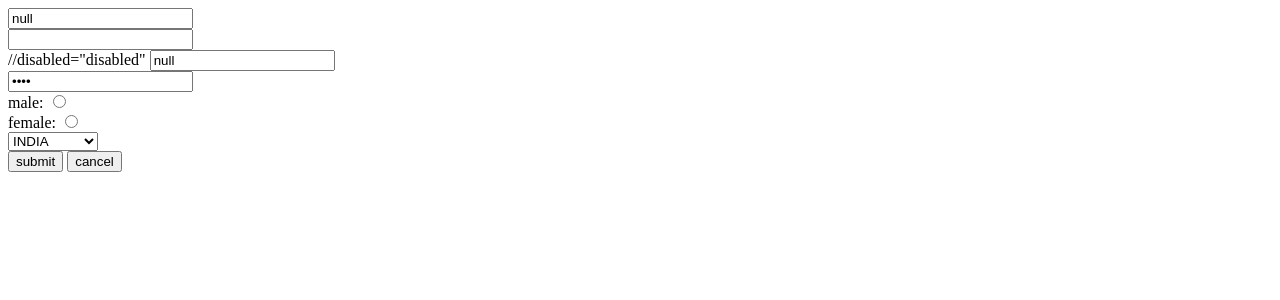
Repository: Punith077/servlet
Page: http://localhost/WebServlet/update.jsp
These files come from the project's save history. The page is drawn as it stood at one moment and after the next save; the edit follows.
The browser window is 1280 px wide. The pictures show the whole page.
The page is served by Tomcat 9.

Above is the page before, as saved 2024-11-13 13:05:38.

After the next save:
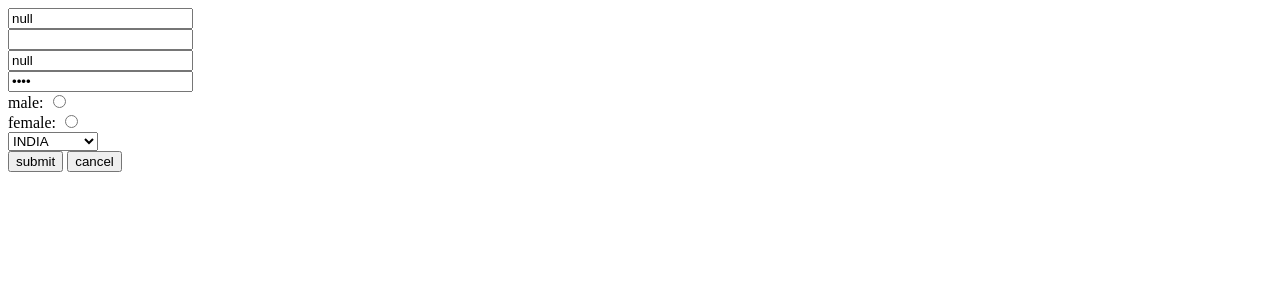
Saved 10 s later.
--- a/WebServlet/src/main/webapp/update.jsp
+++ b/WebServlet/src/main/webapp/update.jsp
@@ -10,7 +10,6 @@
 <form action="update" method="post">
         <input type="text" name="sname" value="<%=request.getParameter("name")%>"><br>
         <input type="number" name="smob" value="<%=request.getParameter("mobile")%>"><br>
-        //disabled="disabled"
         <input type="email" name="semail" readonly="readonly" value="<%=request.getParameter("email")%>"><br>
         <input type="password" name="spwd"value="<%=request.getParameter("password")%>"><br>
         male: <input type="radio" name="gender" value="male"><br>
